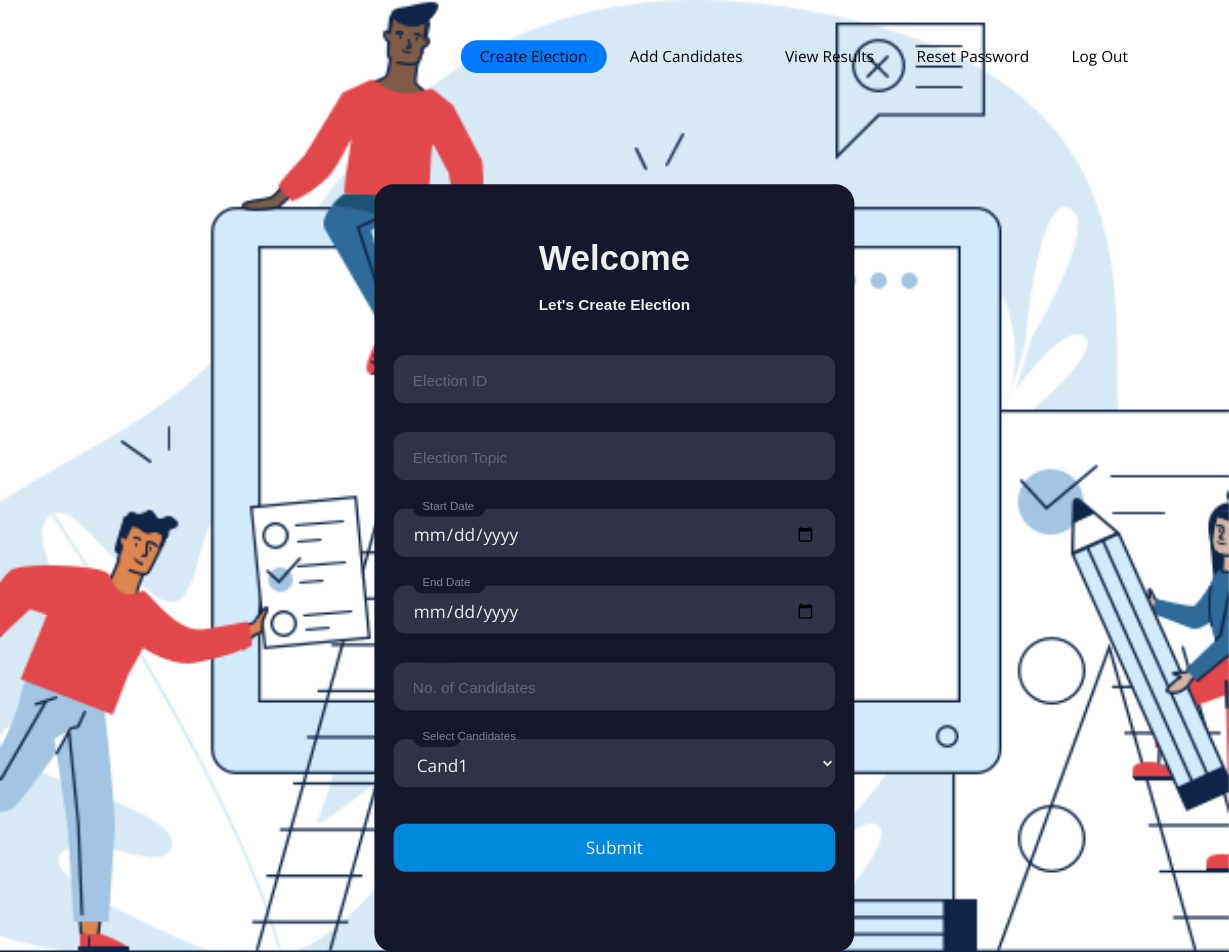
Repository: CS699-IITB-Autumn-2021/project-alpha_team
Page: http://localhost/admin.html
These files come from the project's save history. The page is drawn as it stood at one moment and after the next save; the edit follows.
The browser window is 1280 px wide. The pictures show the whole page, at 96% of full size.
The page is served by the project's application, run on Flask 3 (app.py).

Above is the page before, as saved 2021-10-26 12:50:48.
Console error: ReferenceError: $ is not defined

After the next save:
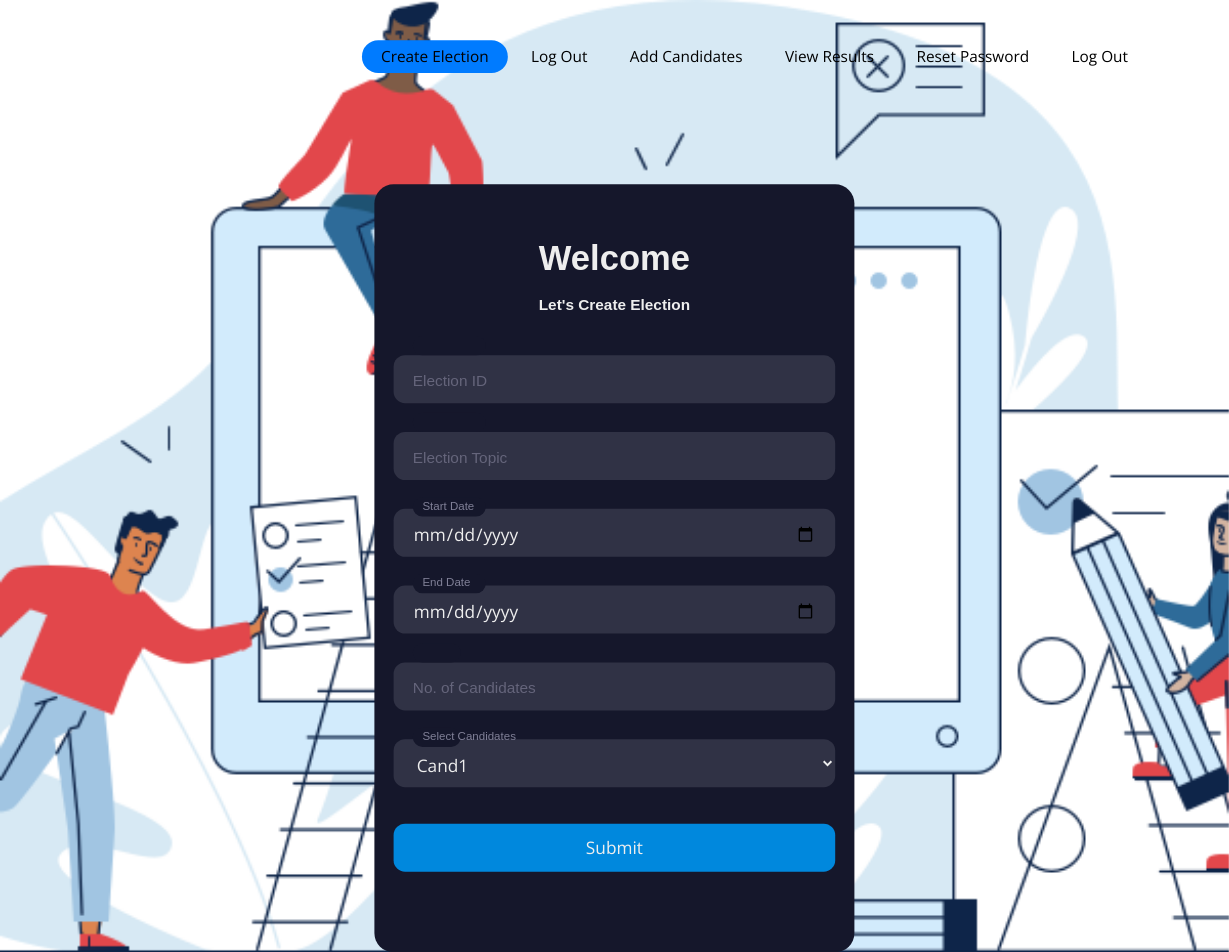
Saved 5 min 24 s later.
--- a/IVote/templates/admin.html
+++ b/IVote/templates/admin.html
@@ -46,6 +46,7 @@
 
             <ul class="site-menu js-clone-nav mr-auto d-none d-lg-block">
               <li class="active"><a href="admin.html"><span>Create Election</span></a></li>
+              <li><a href="/logout"><span>Log Out</span></a></li>
               <li><a href="addcandidate.html"><span>Add Candidates</span></a></li>
               <li><a href="results.html"><span>View Results</span></a></li>
               <li><a href="forgotPassword.html"><span>Reset Password</span></a></li>
